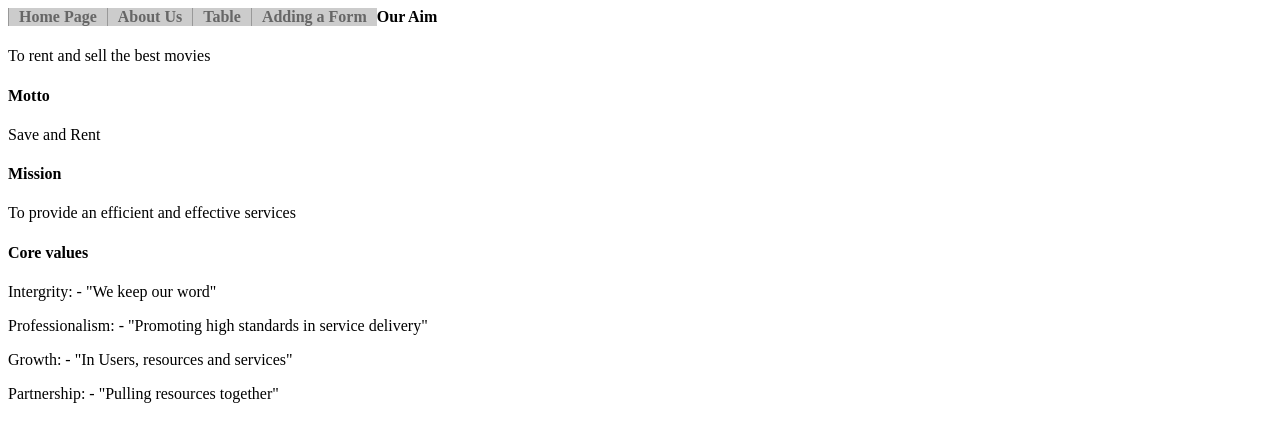
Repository: nellyk/Thephpsite
Page: http://localhost/
The author's editor kept a record of every edit. The page is drawn from the files as they stood at one moment, then again after the next edit.
The browser window is 1280 px wide. The pictures show the whole page.
The page is run by PHP 8.4 with error messages shown; the project is at /var/www/html/.

Above is the page before.

After the next edit:
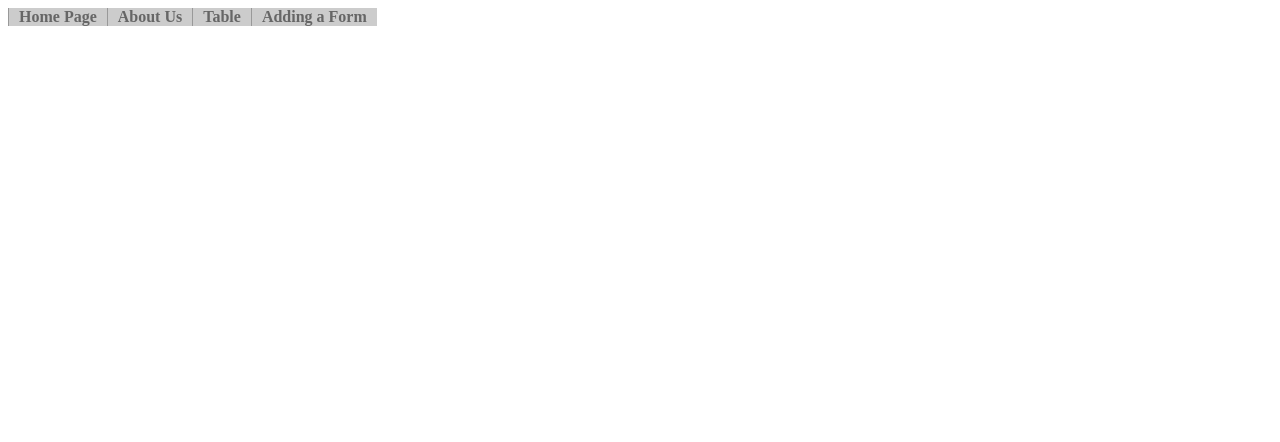
The edit:
--- a/index.php
+++ b/index.php
@@ -13,17 +13,5 @@
     </ul>
 </div>
 
-<h4>Our Aim</h4>
-<p>To rent and sell the best movies</p>
-<h4>Motto</h4>
-<p>Save and Rent</p>
-<h4>Mission</h4>
-<p>To provide an efficient and effective services</p>
-<h4>Core values</h4>
-<p>Intergrity: - &quot;We keep our word&quot;</p>
-<p>Professionalism: - &quot;Promoting high standards in service delivery&quot;</p>
-<p>Growth: - &quot;In Users, resources and services&quot;</p>
-<p>Partnership: - &quot;Pulling resources together&quot;</p>
-
 </body>
 </html>
